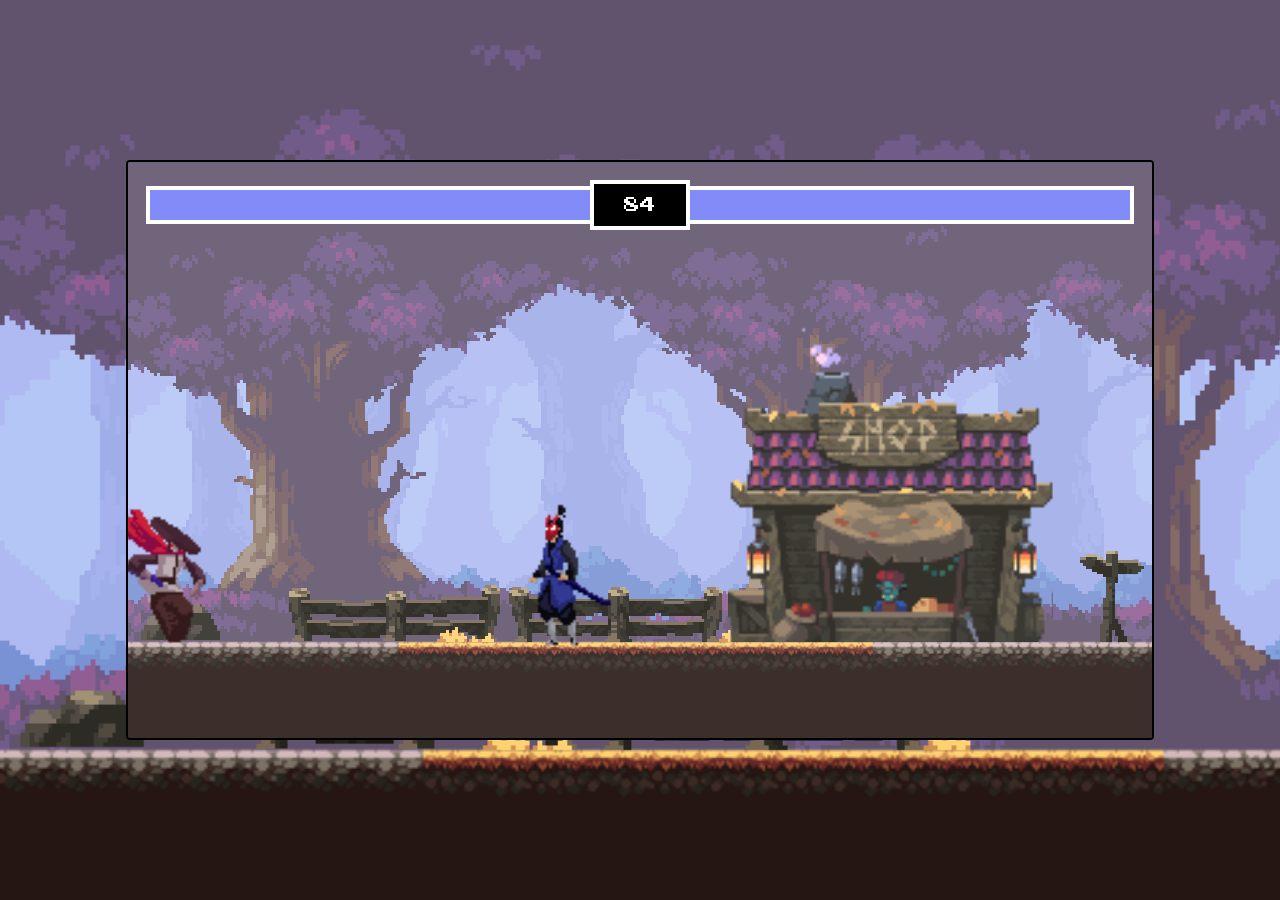
Repository: LuizAGDomingues/js-fighting-game
Page: index.html
The author's editor kept a copy of each file at every save. The page is drawn from the files as they stood at one save, then again after a run of saves.
The browser window is 1280 px wide. The pictures show the whole page.

Above is the page before, as saved 2022-12-24 13:18:39.

After the next 2 saves:
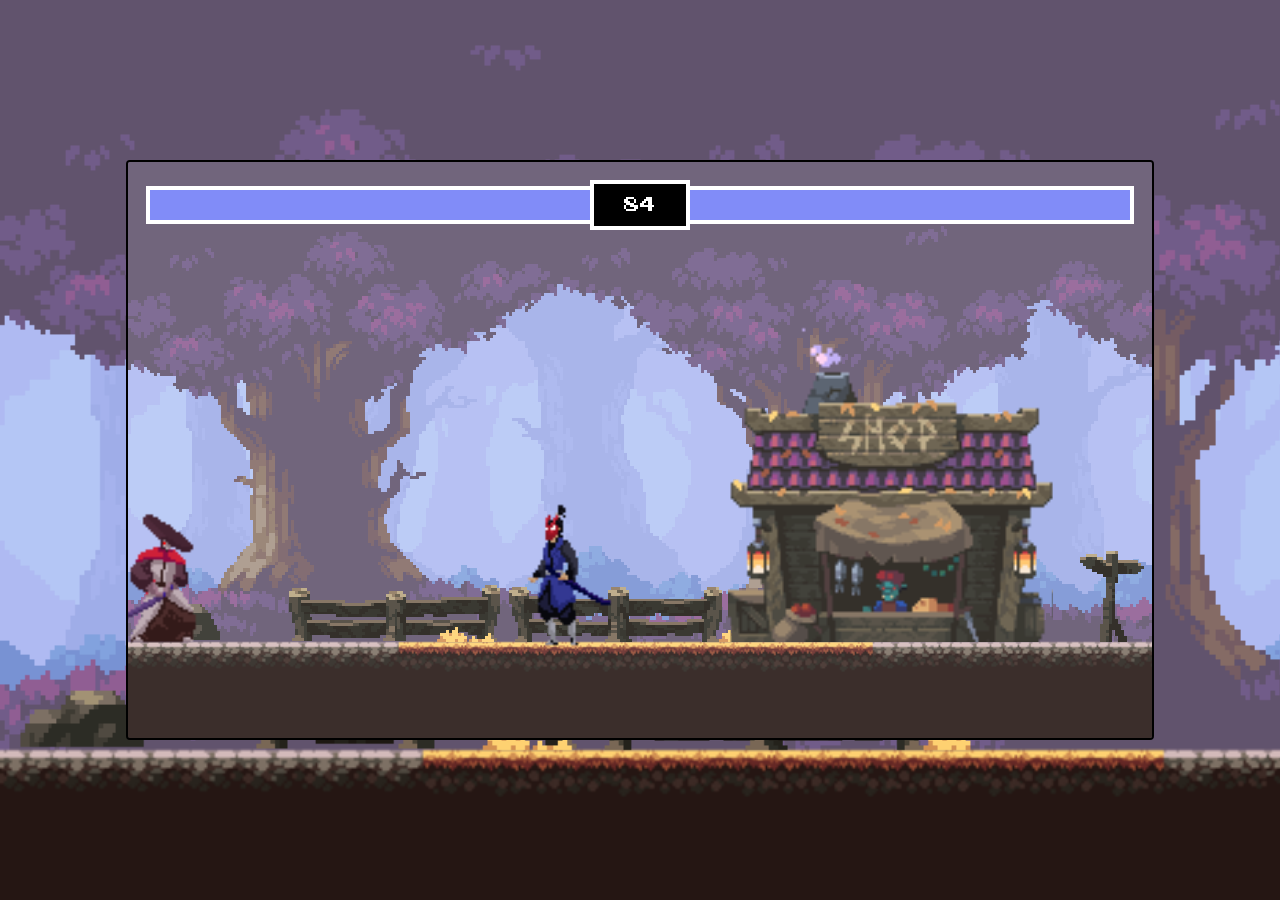
The 2 saves are shown as one change because they came seconds apart.
The last was saved 10 s later.
--- a/src/main.js
+++ b/src/main.js
@@ -203,7 +203,9 @@ function animate() {
   player.velocity.x = 0
   enemy.velocity.x = 0
 
-  if(player.position.x )
+  if(player.position.x > enemy.position.x) {
+
+  }
 
   // player movement
   if(keys.a.pressed && player.lastKey === 'a' && player.position.x >= 0 && player.image != player.sprites.attack1.image) {
